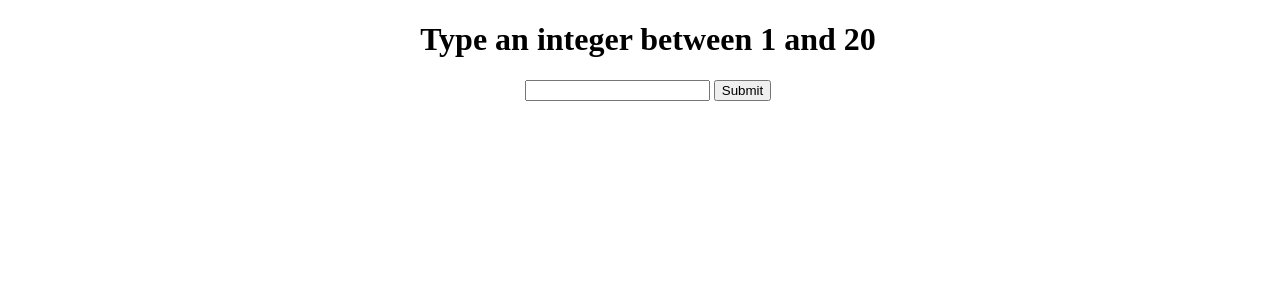
Repository: JayWelborn/CS50x-archive
Page: http://localhost/week8/exercises/table/index.php
The author's editor kept a record of every edit. The page is drawn from the files as they stood at one moment, then again after the next edit.
The browser window is 1280 px wide. The page is 1288 px wide, so the pictures cover 1288 px, including what lies to the right of the window. The pictures show the whole page.
The page is run by PHP 8.4 with error messages shown; the project is at /var/www/html/.

Above is the page before.

After the next edit:
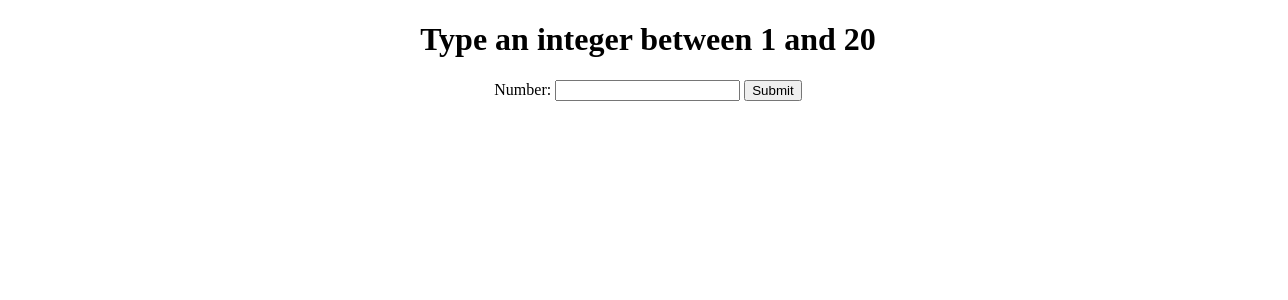
The edit:
--- a/workspace/week8/exercises/table/index.php
+++ b/workspace/week8/exercises/table/index.php
@@ -3,8 +3,8 @@
         <h1>
             Type an integer between 1 and 20
         </h1>
-        <form action = "table.php" method = "post">
-            <input type = "number"/>
+        <form action="table.php" method="post">
+            Number: <input type = "number" name = "num"/>
             <input type = "submit" value = "Submit"/>
         </form>
     </body>
